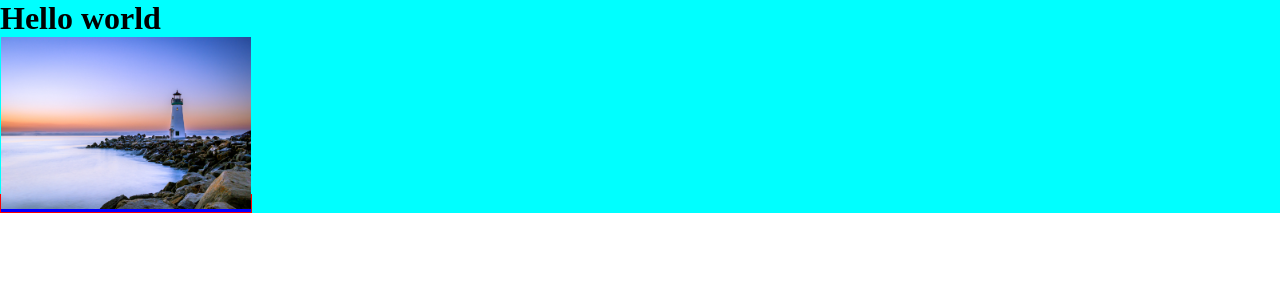
Repository: RPSKumara/DPEdudationPyhton
Page: ImageStyle/index.html
These files come from the project's save history. The page is drawn as it stood at one moment and after the next save; the edit follows.
The browser window is 1280 px wide. The pictures show the whole page.

Above is the page before, as saved 2022-04-20 10:06:43.

After the next save:
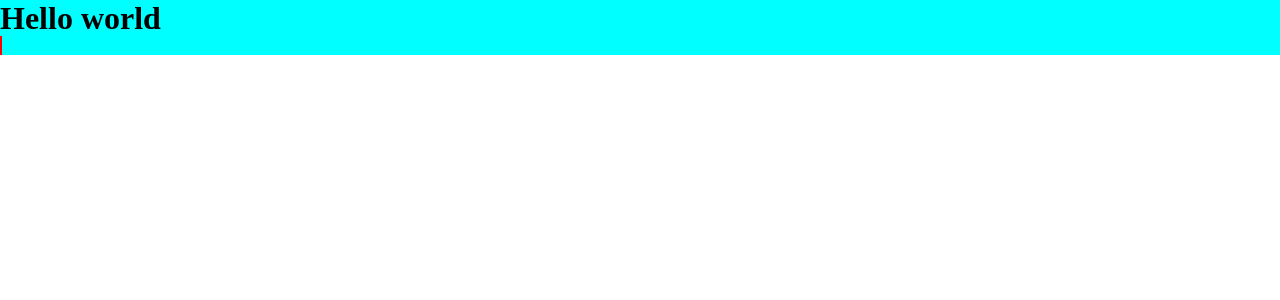
Saved 58 s later.
--- a/ImageStyle/index.html
+++ b/ImageStyle/index.html
@@ -11,7 +11,7 @@
 		<div class="container">
 			<h1>Hello world</h1>
 			<dev class="imageSlider">
-				<img src="Images/01.jpg" alt="images" class="previewImg" srcset="" />
+				<!-- <img src="Images/01.jpg" alt="images" class="previewImg" srcset="" /> -->
 			</dev>
 		</div>
 	</body>
